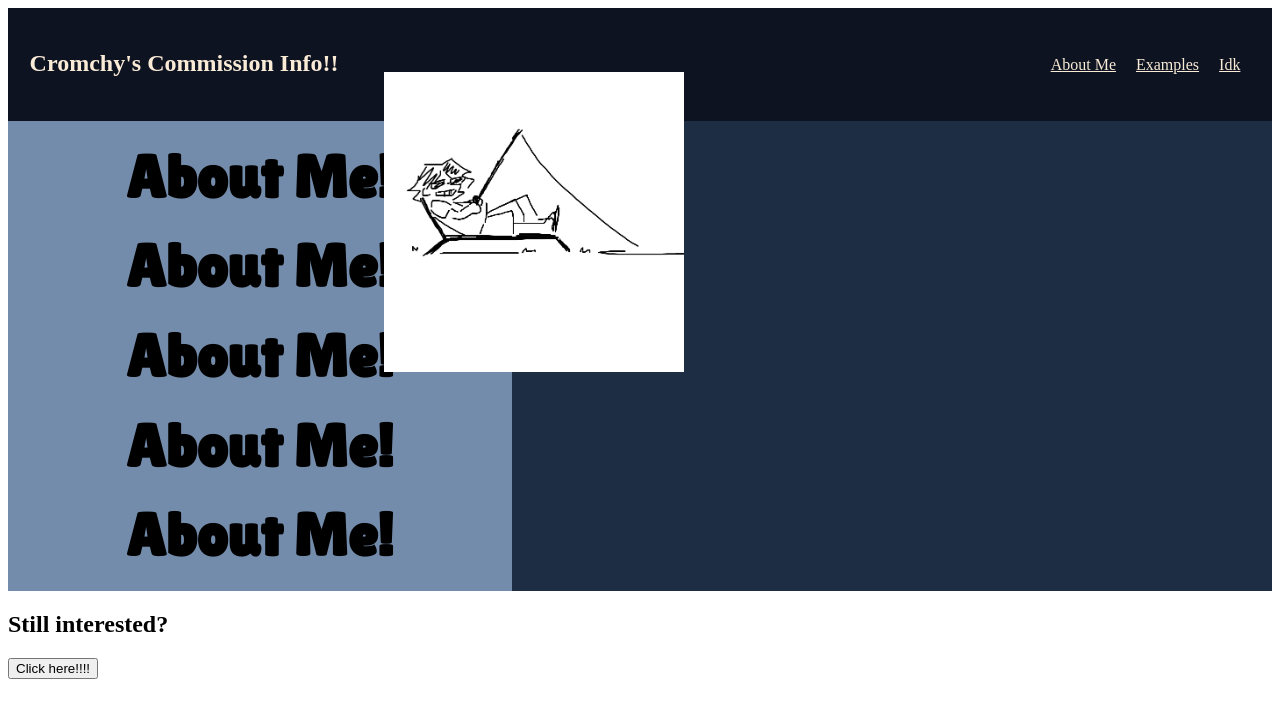
Repository: crackaLack1n/Cromchys_Commission_Site
Page: /
An editor plug-in stored every save of this project. The page is shown before and after the next save, followed by the edit.
The browser window is 1280 px wide. The pictures show the whole page.
The project was rebuilt for these pictures with package versions that can differ from the ones it lists, and the page was loaded fresh each time. The framework's server and built-in components were replaced by stand-ins that run in the browser. Also part of the build but not shown: next.config.mjs.

Above is the page before, as saved 2024-06-11 15:03:57.

### pages/_app.js
import "@/styles/globals.css";
import { Fjalla_One } from 'next/font/google'

const fjalla_One = Fjalla_One({
  weight: '400',
  subsets: ['latin'],
})

export default function App({ Component, pageProps }) {
  return <Component {...pageProps} />;
}

### pages/index.js
import Head from "next/head";
import Header from "@/Components/Header";
import Image from "next/image";
import styles from "@/styles/Home.module.css";
import Footer from "@/Components/Footer";
import { Lilita_One } from "next/font/google";


const lilita_One = Lilita_One({ weight: '400', subsets: ["latin"] });



export default function Home() {
  return (
    <>
      <Head>
        <title>Cromchy's Commission</title>
        <meta name="description" content="Generated by create next app" />
        <meta name="viewport" content="width=device-width, initial-scale=1" />
        <link rel="icon" href="/favicon.ico" />
      </Head>

      <Header />

      <main className={`${styles.main}`}>
      <div >
          <Image src={'/images/banner2.png'} height={300} width={300} className={styles.image}></Image>
        </div>
        <div className={styles.mainContainer}>
          <div className={styles.containerLeft}>
            <div className={`${styles.contentLeft} ${lilita_One.className}`}>
              <p>About Me!</p>
              <p>About Me!</p>
              <p>About Me!</p>
              <p>About Me!</p>
              <p>About Me!</p>
            </div>
          </div>
          <div className={styles.containerRight}>
            <div className={styles.contentRight}>
              <h2>Introduction</h2>
              <p>osidfjnspkdnfpsdk</p>
              <h2>Socials</h2>
              <p>osidfjnspkdnfpsdk</p>
            </div>
          </div>
        </div>
      </main>
      <Footer />
    </>
  );
}

### Components/Header/index.js
import Link from "next/link"
import style from './header.module.css';
export default function Header() {
  return (
    <>
      <div className={style.main}>
        <h2>Cromchy's Commission Info!!</h2>
        <nav className={style.nav}>
          <ul className={style.buttons}>
            <li><Link href={`/`}>About Me</Link></li>
            <li><Link href={`/Examples`}>Examples</Link></li>
            <li><Link href={`/Idk`}>Idk</Link></li>
          </ul>
        </nav>
      </div>
    </>
  )
}

### styles/Home.module.css
.main {
  display: flex;
  min-height: 20vh;
  background-color: #748CAB;
}

.mainContainer {
  position: relative;
 display: grid;
 grid-template-columns:  1fr 3fr;
 height: auto;

}

.containerLeft {
  display: flex;
  width: 70vh;
  justify-content: center;
}

.contentLeft p {
  font-size: 60px;
  font-weight: 600;
  margin: 3vh;
}
.containerRight {
  display: flex;

  background-color: #1D2D44;
  width: 100%;
}

.image {
  z-index: 1;
  top: 10%;
  left: 30%;
  position: absolute;
}
/* Mobile */
@media (max-width: 700px) {

}

/* Tablet and Smaller Desktop */
@media (min-width: 701px) and (max-width: 1120px) {

}

### Components/Footer/index.js
export default function Footer() {
  return(
    <>
    <footer>
      <h2>Still interested?</h2>
      <button>Click here!!!!</button>
    </footer>
    </>
  )
}

### Components/Header/header.module.css
.main {
  display: flex;
  justify-content: space-between;
  padding: 3vh;
  background-color: #0D1321;
  color: antiquewhite;
}


.nav {
justify-content: end;

}

.buttons {
  display: flex;

}

.buttons li {
  padding: 10px;
  list-style-type: none;
  color: antiquewhite;
}

.buttons a {
  color: antiquewhite;
}

Loaded but not shown: pages/_document.js (common file); styles/globals.css (common file)

After the next save:
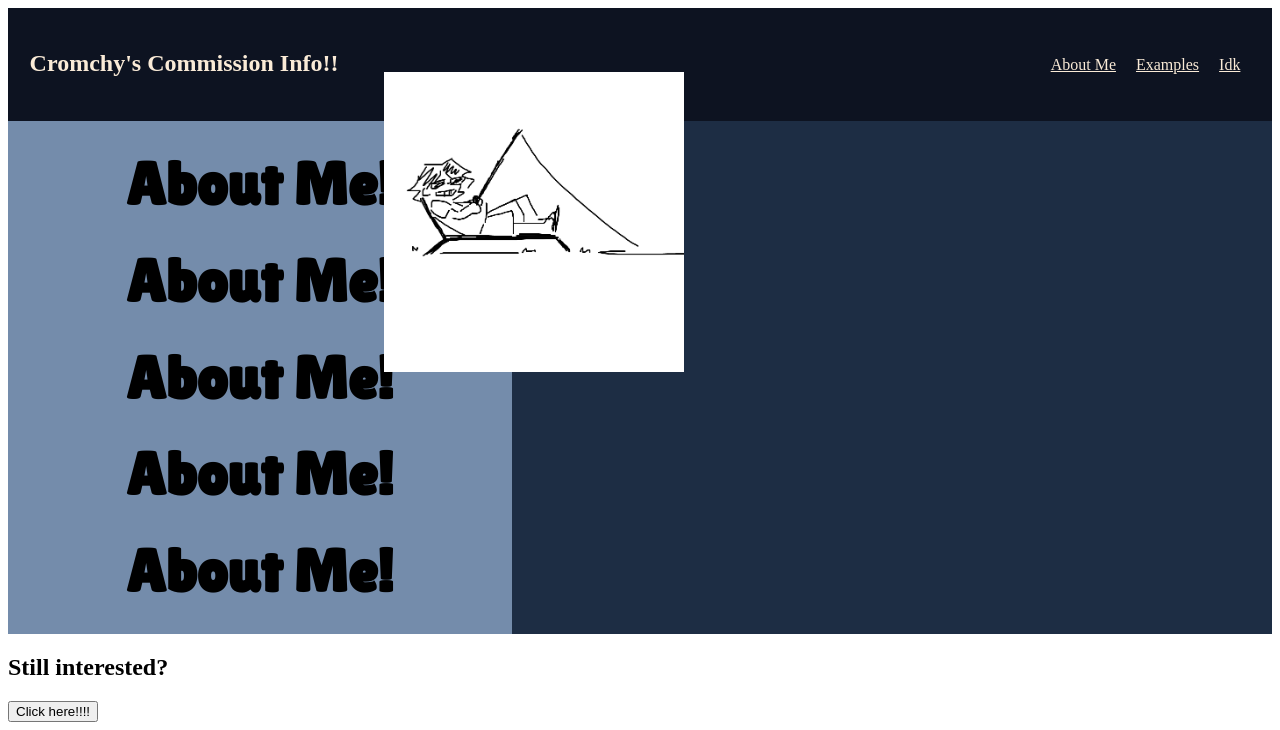
Saved 4 s later.
--- a/styles/Home.module.css
+++ b/styles/Home.module.css
@@ -21,7 +21,7 @@
 .contentLeft p {
   font-size: 60px;
   font-weight: 600;
-  margin: 3vh;
+  margin: 4vh;
 }
 .containerRight {
   display: flex;
